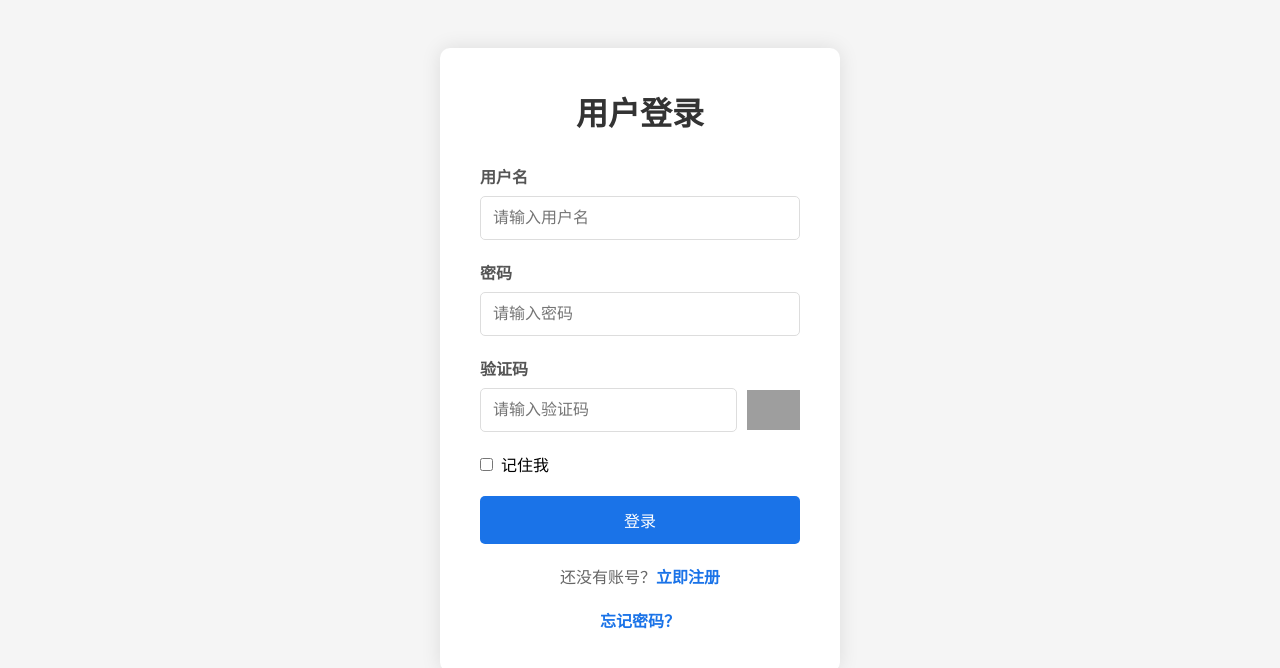
Repository: Jiege005/mytest-software-project
Page: mytest/WebContent/login.html
The author's editor kept a copy of each file at every save. The page is drawn from the files as they stood at one save, then again after the next save.
The browser window is 1280 px wide. The pictures show the whole page.
Pictures or frames that could not be fetched are drawn as grey boxes.

Above is the page before, as saved 2025-06-18 13:52:09.

After the next save:
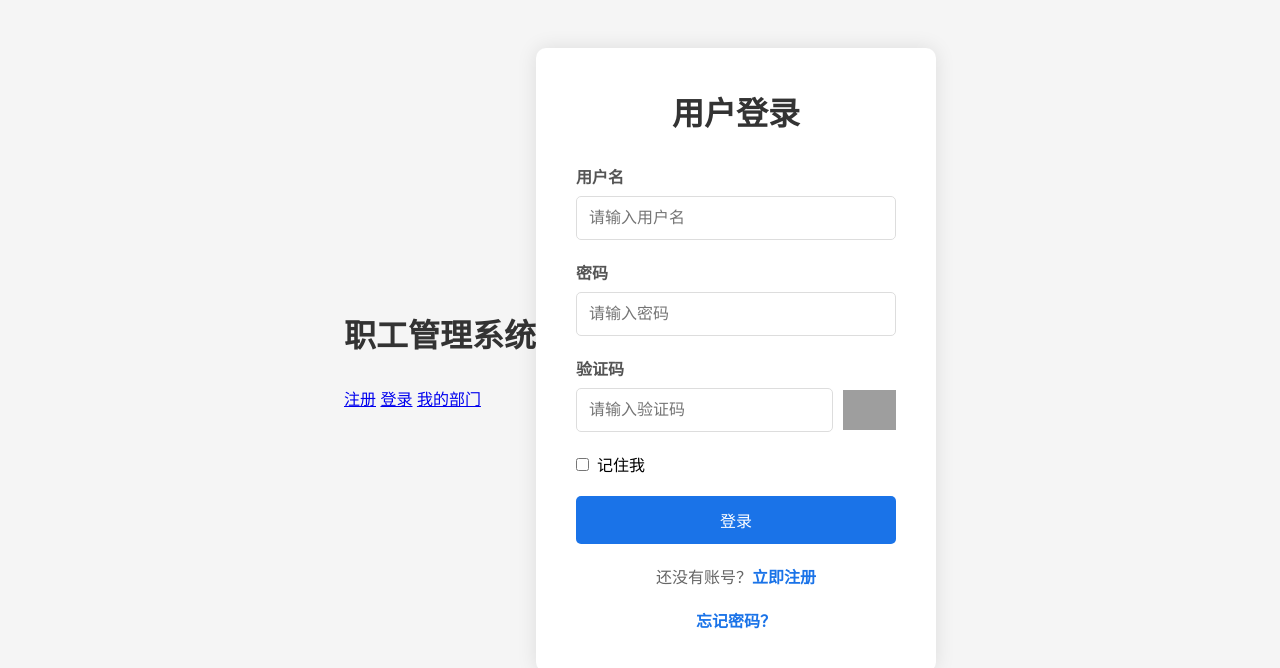
Saved 95 s later.
--- a/mytest/WebContent/login.html
+++ b/mytest/WebContent/login.html
@@ -108,6 +108,20 @@
     </style>
 </head>
 <body>
+	<!-- Header -->
+    <header>
+        <div class="header-container">
+            <div class="logo">
+                <i class="fas fa-users logo-icon"></i>
+                <h1>职工管理系统</h1>
+            </div>
+            <nav class="nav-links">
+                <a href="#"><i class="fas fa-user-plus"></i> 注册</a>
+                <a href="#"><i class="fas fa-sign-in-alt"></i> 登录</a>
+                <a href="#"><i class="fas fa-building"></i> 我的部门</a>
+            </nav>
+        </div>
+    </header>
     <div class="container">
         <div class="form-container">
             <h1>用户登录</h1>
